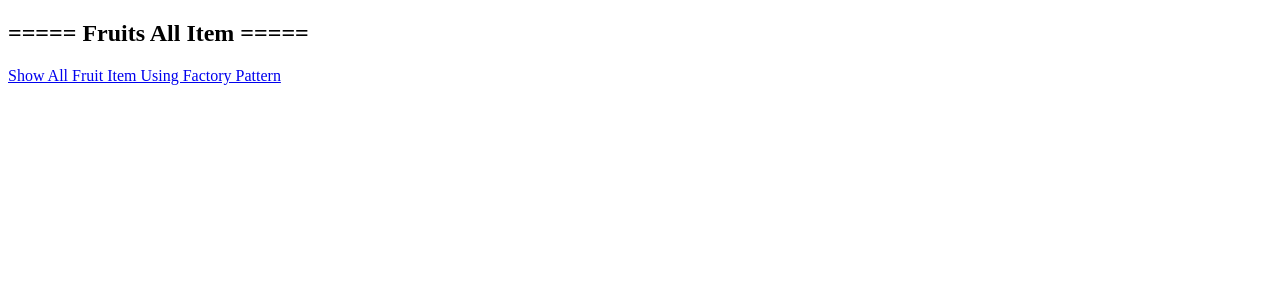
Repository: BaekDoHyeon/Kosta_04_FrontStudy
Page: http://localhost/workshop11/
An editor plug-in stored every save of this project. The page is shown before and after a run of saves, followed by the edit.
The browser window is 1280 px wide. The pictures show the whole page.
The page is served by Tomcat 9. Other server files are loaded and not shown.

Above is the page before, as saved 2024-09-05 06:45:46.

### work05_BackEnd/workshop11/src/main/webapp/index.jsp
<%@ page language="java" contentType="text/html; charset=UTF-8"
    pageEncoding="UTF-8"%>
<!DOCTYPE html>
<html>
<head>
<meta charset="UTF-8">
<title>Insert title here</title>
</head>
<body>
<h2>===== Fruits All Item =====</h2>
<div><a href="#">Show All Fruit Item Using Factory Pattern</a></div>
</body>
</html>

After the next 2 saves:
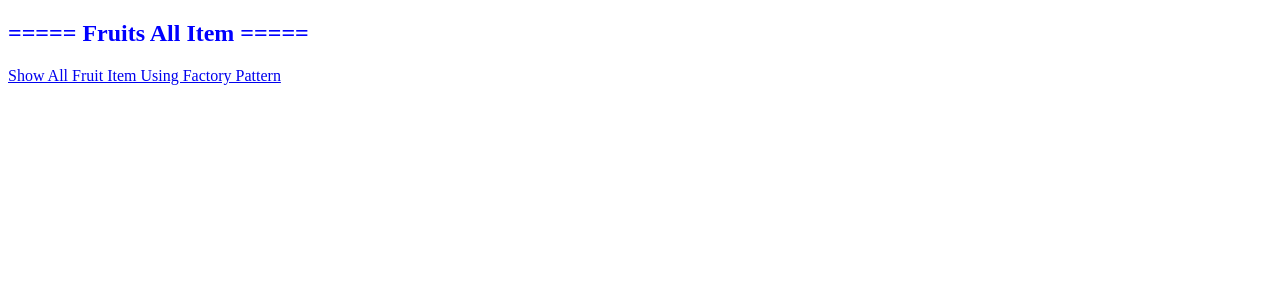
The 2 saves are shown as one change because they came seconds apart.
The last was saved 70 s later.
--- a/work05_BackEnd/workshop11/src/main/webapp/index.jsp
+++ b/work05_BackEnd/workshop11/src/main/webapp/index.jsp
@@ -7,7 +7,7 @@
 <title>Insert title here</title>
 </head>
 <body>
-<h2>===== Fruits All Item =====</h2>
+<h2 style="color: blue;">===== Fruits All Item =====</h2>
 <div><a href="#">Show All Fruit Item Using Factory Pattern</a></div>
 </body>
 </html>
